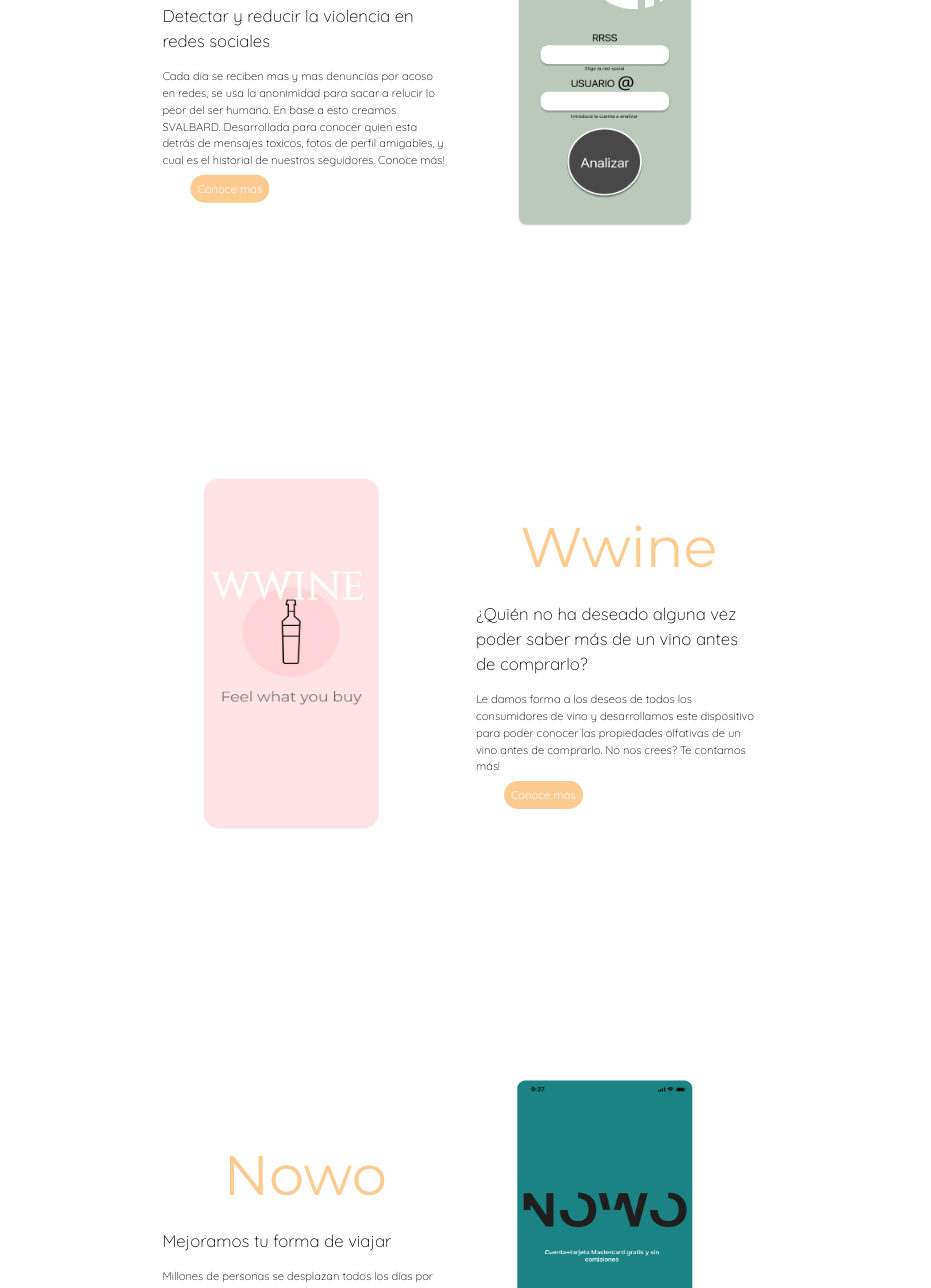
Repository: Marilyncabirta/portfolioHTML
Page: index.html
An editor plug-in stored every save of this project. The page is shown before and after the next save, followed by the edit.
The browser window is 1280 px wide. The page is 1330 px wide, so the pictures cover 1330 px, including what lies to the right of the window. The pictures show the part of the page from y = 1821 to 3661 px (the page is 5168 px tall), at 70% of full size.
Backgrounds fixed to the window are drawn as part of the page. Some web libraries are served in a nearby version.

Above is the page before, as saved 2022-12-16 12:27:51.

### index.html
<!DOCTYPE html>
<html lang="es">
<head>
    <meta charset="UTF-8">
    <meta name="viewport" content="width=device-width, initial-scale=1.0">
    <title>Portafolio AlexCG</title>
    <link rel="stylesheet" href="css/normalize.css">
    <link rel="stylesheet" href="css/estilos.css">
    <link rel="preconnect" href="https://fonts.googleapis.com">
<link rel="preconnect" href="https://fonts.gstatic.com" crossorigin>
<link href="https://fonts.googleapis.com/css2?family=Montserrat:wght@100;400;700&family=Quicksand:wght@300;400&display=swap" rel="stylesheet">
</head>


<body>

    <header class="hero">
        <div class="contenedor">
            <nav class="nav">
                <a href="" class="nav__items nav__items--cta">Proyectos</a>
                <a href="" class="nav__items">Sobre mí</a>
                <a href="" class="nav__items">Contáctame</a>
            </nav>

            <section class="hero__contenedor">
                <div class="hero__texts">
                    <h1 class="hero__title">Hola, soy Marilin Cabirta UX/UI designer</h1>
                    <h2 class="hero_subtitle">La necesidad de acercar diseños empáticos al usurio me hicieron querer ser diseñadora UX/UI. Querer emocionar con productos o servicios. Traspasar las pantallas.</h2>
                    <a href="" class="hero_cta">Contáctame</a>
                </div>
                <div class="contenedor_ilustraciones">
                    <img class="hero_image" src="assets/hero1.svg" alt="marilincabirta">
                </div>
            </section>
        </div>
        <div>
            <div class="hero_wave" style= "overflow:hidden;" ><svg viewBox="0 0 500 150" preserveAspectRatio="none" style="height: 100%; width: 100%;"><path d="M-0.56,130.76 C150.00,150.00 349.20,-49.99 503.38,30.10 L500.00,150.00 L0.00,150.00 Z" style="stroke: none; fill: #fff;"></path></svg></div>
        </div>
    </header>

    <main >
        <section class="presentacion__container">
            <h2 class="subtitle">Mis Proyectos</h2>
            <div class="lista">
                <ul>
                    <li><a class="nombres" href="#">Svalbard<a></li>
                        <div class="linea"></div>
                    <li><a class="nombres" href="#">Wwine</a></li>
                        <div class="linea"></div>
                    <li><a class="nombres" href="#">Nowo</a></li>
                        <div class="linea"></div>
                    <li><a class="nombres" href="#">Box Space</a></li>
                        <div class="linea"></div>

                </ul>
            </div>
        </section>

        <section class="about__container">
            <div class="about__texts">
                <h2 class="subtitle">Svalbard</h2>
                <p class="about__paragraph">Detectar y reducir la violencia en redes sociales</p>
                <p class="about__content">Cada dia se reciben mas y mas denuncias por acoso en redes, se usa la anonimidad para sacar a relucir lo peor del ser humano. En base a esto creamos SVALBARD. Desarrollada para conocer quien esta detrás de mensajes toxicos, fotos de perfil amigables, y cual es el historial de nuestros seguidores. Conoce más!</p>
                <a class="about__button" href="">Conoce más</a>
            </div>
            <div class="about__img">
                <img class="about__picture" src="assets/LOG IN.png"   alt="">
            </div>
        </section>

        <section class="about__container">
            <div class="about__img">
                <img src="assets/wwine mockup.jpg" class="about__picture"alt="">
            </div>
            <div class="about__texts">
                <h2 class="subtitle">Wwine</h2>
                <p class="about__paragraph">¿Quién no ha deseado alguna vez poder saber más de un vino antes de comprarlo?</p>
                <p class="about__content">Le damos forma a los deseos de todos los consumidores de vino y desarrollamos este dispositivo para poder conocer las propiedades olfativas de un vino antes de comprarlo. No nos crees? Te contamos más!</p>
                <a class="about__button" href="">Conoce más</a>
            </div>

        </section>

        <section class="about__container">
            <div class="about__texts">
                <h2 class="subtitle">Nowo</h2>
                <p class="about__paragraph">Mejoramos tu forma de viajar</p>
                <p class="about__content">Millones de personas se desplazan todos los días por ocio o por trabajo y su principal carga son las maletas. Venimos a revolucionar el concepto de viajar. Nosotros nos ocupamos de las maletas, ofreciéndote los packs más completos para que nada te falte!</p>
                <a class="about__button" href="">Conoce más</a>
            </div>
            <div class="about__img">
                <img src="assets/Nowo by rebellion 1.jpg" class="about__picture" alt="">
            </div>
        </section>

        <section class="about__container">
            <div class="about__img">
                <img src="assets/mock uo.jpg" class="about__picture" alt="">
            </div>
            <div class="about__texts">
                <h2 class="subtitle">Box Space</h2>
                <p class="about__paragraph">Como conseguimos que haya más usuarios en los parques urbanos?</p>
                <p class="about__content">Esta App fue creada para mejorar la asistencia a los parques urbanos. En un mundo con prisas, acercamos la tecnología y la era digital a aquellos entornos naturales que nos encanta disfrutar, pero que todavía no nos permiten desarrollar todas nuestras facetas diarias cómodamente.Descúbrela!</p>
                <a class="about__button" href="">Conoce más</a>
            </div>

        </section>

    </main>

    <footer class="footer">
        <div container class="container footer__grid">
            <nav class="nav nav--footer">
                <a class="nav_items nav__items--footer" href="">Inicio </a>
                <a class="nav_items nav__items--footer" href="">Sobre mí</a>
                <a class="nav_items nav__items--footer" href="">Proyectos</a>
            </nav>

            <section class="footer__contact">
                <h3 class="footer__title"> Contáctame</h3>
                <div class="footer__icons">
                    <span class="footer__container-icons">
                        <a href="#" class="fab fa-medium footer__icon"></a>
                    </span>
                    <span class="footer__container-icons">
                        <a href="#" class="fab fa-linkedin footer__icon"></a>
                    </span>
                    <span class="footer__container-icons">
                        <a href="#" class="fab fa-mailchimp footer__icon"></a>
                    </span>

                </div>
            </section>



        </div>
    </footer>







    <script src="https://kit.fontawesome.com/b4fd9d412c.js" crossorigin="anonymous"></script>
</body>
</html>

### css/estilos.css

@import url('https://fonts.googleapis.com/css2?family=Montserrat:wght@100;400;700&family=Quicksand:wght@300;400&display=swap');


:root{
    --background:linear-gradient(120deg,#d57feb   0%,#fccb90 100%);
    --color-secondary:#fccb90;
    --color-primary: white;
    --boton-padding: 20px 40px;
}
body{

    font-family: 'Montserrat', sans-serif;
    font-family: 'Quicksand', sans-serif;
}

.hero{
    width: 100%;
    height: 1000px;
    background-image: var(--background);
    background-repeat: no-repeat;
    background-attachment: fixed;
    position: relative;
}

.contenedor{
  padding: 20px 0;

}
.hero__contenedor{
    width: 100%;
    display: grid;
    grid-template-columns: 1fr 1fr ;
    height: 100%;
    justify-content: space-evenly;
    align-items: center;
    padding-bottom: 50px;
    margin: 50px;

}


.contenedor_ilustraciones{
    width: 800px;
    height: auto;
    text-align: center;
    justify-content: center;
}

.hero__texts{
    width: 50%;
    height: inherit;
    color: white;
    margin-top: 20px;
    margin: 0 60px;
}
.hero_image{
    width: 70%
}

.hero_wave{
    position: absolute;
    bottom: 0;
    left: 0;
    height: 100px;
    width: 100%;
}

.nav{
    display: flex;
    justify-content: flex-end;
    height: 80px;
    align-items: right;
    font-weight: 700;
    margin-top: 30px;

}

.nav--footer{
    font-weight: 300;
    justify-content: flex-start;
}

.nav__items{
    color: white;
    text-decoration: none;
    font-size: 32px;
    padding: 20px 15px;
    margin-right: 40px;
    font-weight: inherit;
}

.nav__items--cta{
    border: 2px solid white;
    border-radius: 40px;
}

.nav__items:hover{
    text-decoration: underline;
}
.nav__items--footer{
    padding: 10px;
}



.hero_cta{
    display: inline-block;
    font-size: 24px;
    background-color: var(--color-primary);
    color: #fccb90;
    padding: 20px 40px;
    margin-top: 30px;
    border-radius: 40px;
    text-align: center;
    justify-content: center;
}

.hero__texts{
    width: 90%;
    margin: 40px;
}

.hero__title{
    font-size: 60px;
    margin-top: 80px;

}

.hero__subtitle{
    font-size: 2rem;
    font-weight: 400;
    margin: 20px 0;
}

/* presentacion proyectos */



.presentacion__container{
    width: 60%;
    height: auto;
    padding-top: 0;
    text-align: center;
    text-decoration: none;
    margin-left: 50px;
}

.subtitle{
    font-size: 56px;
    color:var(--color-secondary);
    padding-bottom: 10px;
    font-weight: 700;
    text-align: center;
}

.presentacion__container li{
    font-size: 32px;
    margin-top: 10px;
    padding: 10px 0;
    text-decoration: none;
}

.lista li{
 text-decoration: none;
 list-style: none;
 text-align: left;

}

.lista a{
    text-decoration: none;
    color: black;

}

.lista li:hover{
    font-size: 3.5rem;
    transition: 1s;
}

.lista div{
    border-top: 1px solid black;
    height: 2px;
    max-width: 400px;
    padding: 0;
    margin: 10px 0 auto 0;

}

.about__container{
    width: 70%;
    min-height: 800px;
    max-width: 1300px;
    height: auto;
    display: grid;
    grid-template-columns: 1fr 1fr ;
    margin: 60px auto;
    background-color: var(--color-primary);
    align-items: center;

}

.about__texts{
    width: 100%;
    justify-content: center;
    text-align: left;
    margin: 20px ;

}
.about__img{
     justify-content: center;
    text-align: center;
    margin: 20px;

}

.subtitle{
    font-size: 80px;
    font-family: "Montserrat";
    font-weight: 400;
    margin: 10px auto;

}



.about__picture{
    width: 250px;
    height: 500px;
    max-height: 800px;
}

.about__paragraph{
    margin: 20px;
    line-height: 1.5;
    font-weight: 300;
    font-size: 24px;
}

.about__content{
    font-size: 16px;
    margin: 20px;
    text-align: left;
    line-height: 1.5;
    font-weight: 300;
}

.about__button{
    margin: 20px 60px;
    padding: 10px 10px;
    background-color:var(--color-secondary);
    color: white;
    border-radius: 20px;
    text-align: center;
    text-decoration: none;
}

/* footer */

.footer{
    background:var(--background);
    padding-bottom: 40px;



}

.footer__grid{
    display: grid;
    grid-template-columns: 3fr 2fr;
    gap: 20px;
    align-items: center;
    margin: 40px;
}

.nav_items{
    text-decoration: none;
    color: white;
    font-size: 20px;
    margin:0 0 0 10px;
}

.footer__title{
    font-weight: 400;
    color: white;
    font-size:2rem ;
    margin-bottom: 20px;
    text-align: center;
}

.footer__icons{
    display: flex;
    justify-content: space-evenly;
    font-size: 32px;
}

.footer__container-icons{
    display: inline-block;
    width: 60px;
    height: 60px;
    color: white;
    text-align: center;
    border: 1px solid white;
    border-radius: 50%;

}

.footer__icon{
    color: white;
    text-decoration: none;
    font-size: 30px;

}

.fab.footer__icon{
line-height: 60px;
text-decoration: underline;
}


/* responsive design */

@media screen and (max-width:800px){
        :root{
            --botton-padding:18px 40px;
        }

        .nav{
            justify-content:space-between
        }
        .nav__items--cta{
            border: none;
        }

        .nav__items{
            color: white;
            text-decoration: none;
            font-size: 24px;
            padding: 10px 20px;
            margin-right: 60px;
            font-weight: inherit;
        }

        .nav__items--footer{
            border: none;
        }
        .hero{
            width: 100%;
        }

        .hero__texts{
            width: 90%;
            margin-bottom: 50px;
        }
        .hero__title{
            font-size: 2.5rem;
            margin-bottom: 20px;
        }

        .hero__subtitle{
            font-size: 1.5rem;
        }

        .hero{
            width: 100%;
            height: 800px;
            background-image: var(--background);
            background-repeat: no-repeat;
            background-attachment: fixed;
            position: relative;
        }

        .about__container{
            width: 100%;
            min-height: 600px;
        }
        .about__texts{
            width: 100%;
            justify-content: center;
            text-align: center;
            margin: 60px 0px;

        }

        .hero_image{
            width: 70%;
        }

        .presentacion__container{
            width: 80%;
        }

         .about__img{
            width: auto;
            text-align: center;
        }
    .footer{
        width: 100%;
    }
}


@media screen and (max-width:500px){

    :root{
        --botton-padding:15px 20px;
    }

    .hero{
        width: 100%;
        height: auto;
        position: relative;
    }
    .hero__contenedor{
        width: 100%;
        display: grid;
        grid-template-columns: 1fr;
        height: 100%;
        justify-content: center;
        align-items: center;
        padding-bottom: 80px;

    }
    .nav{
        flex-wrap: nowrap;
        justify-content: space-evenly;
        margin-top: 10px;

    }
    .nav__items--cta{
        border: none;
    }

    .nav__items{
        color: white;
        text-decoration: none;
        font-size: 20px;
        padding: 10px 20px;
        margin-right: 20px;

    }

    .nav__items--footer{
        border: none;
    }


    .hero__texts{
        margin-bottom: 50px;
        text-align: center;
    }
    .hero__title{
        font-size: 2rem;
        margin-bottom: 20px;
    }

    .hero__subtitle{
        font-size: 2rem;
        margin-bottom: 20px;
    }


    /* about */

    .subtitle{
        font-size: 2.5rem;
    }
    .about__paragraph{
        margin: 10px 10px;
        line-height: 1.5;
        font-weight: 300;
        font-size: 16px;
        text-align: left;
    }

    .about__content{
        font-size: 16px;
        margin: 10px 10px 40px 10px ;
        text-align: left;
        line-height: 1.5;
        font-weight: 300;
    }

    .nombres{
        font-size: 24px;
    }

    .about__container{
        width: 80%;
        min-height: 600px;
        height: auto;
        display: grid;
        margin: 20px auto;
        background-color: var(--color-primary);
        align-items: center;
     }

     .about__picture{
        width: 140px;
        height: 300px;
        max-height: 800px;

    }
     .contenedor_ilustraciones{
        width: 100%;
        height: auto;
        text-align: center;
        justify-content: center;
    }

    .about__texts:nth-child(2), :nth-child(4){
        grid-row: 1/2;
     }

     /* Footer */
     }

Loaded but not shown: css/normalize.css (library)

After the next save:
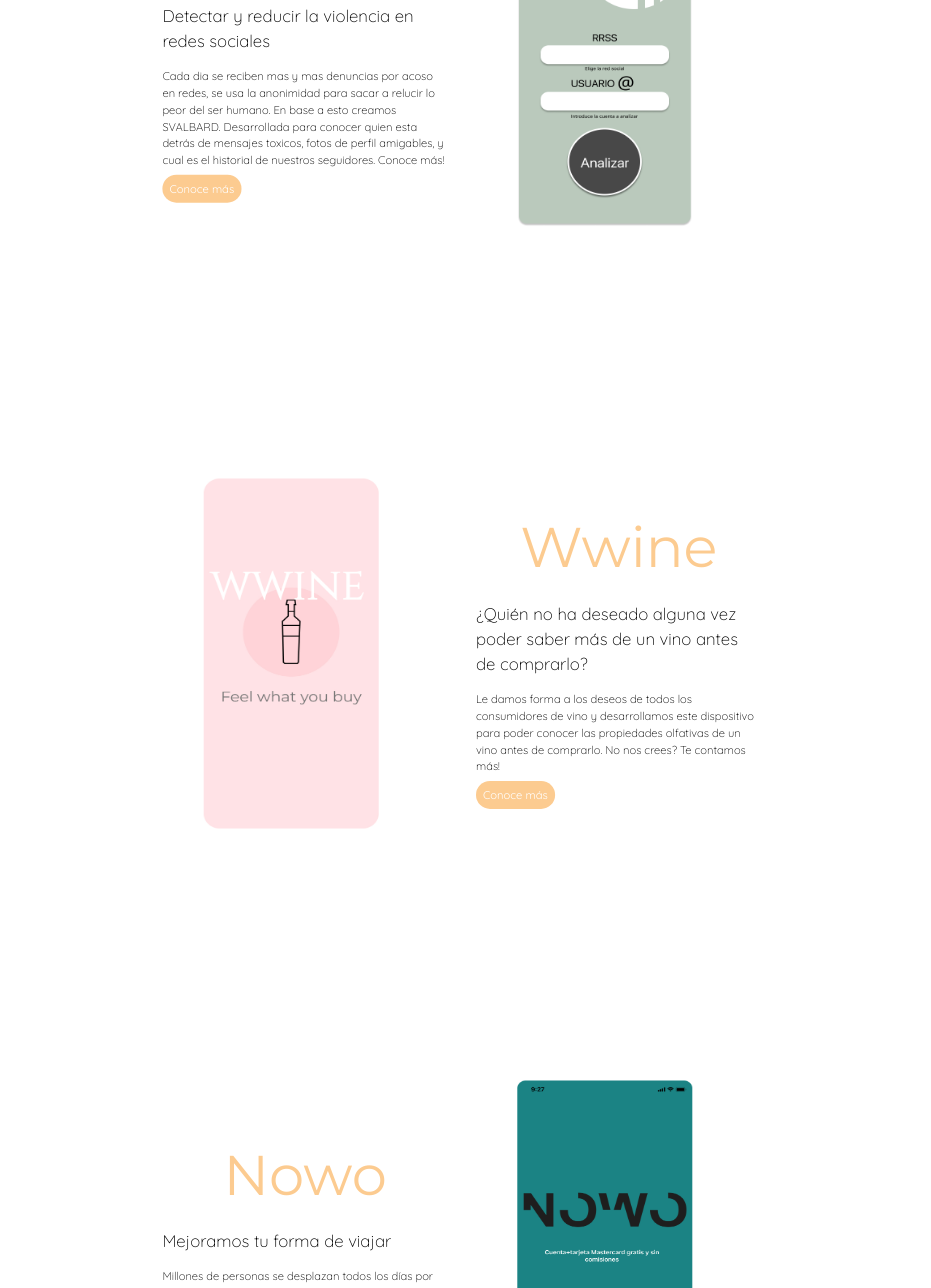
Saved 8 s later.
--- a/css/estilos.css
+++ b/css/estilos.css
@@ -247,7 +247,7 @@ body{
 }
 
 .about__button{
-    margin: 20px 60px;
+    margin: 20px 20px;
     padding: 10px 10px;
     background-color:var(--color-secondary);
     color: white;
